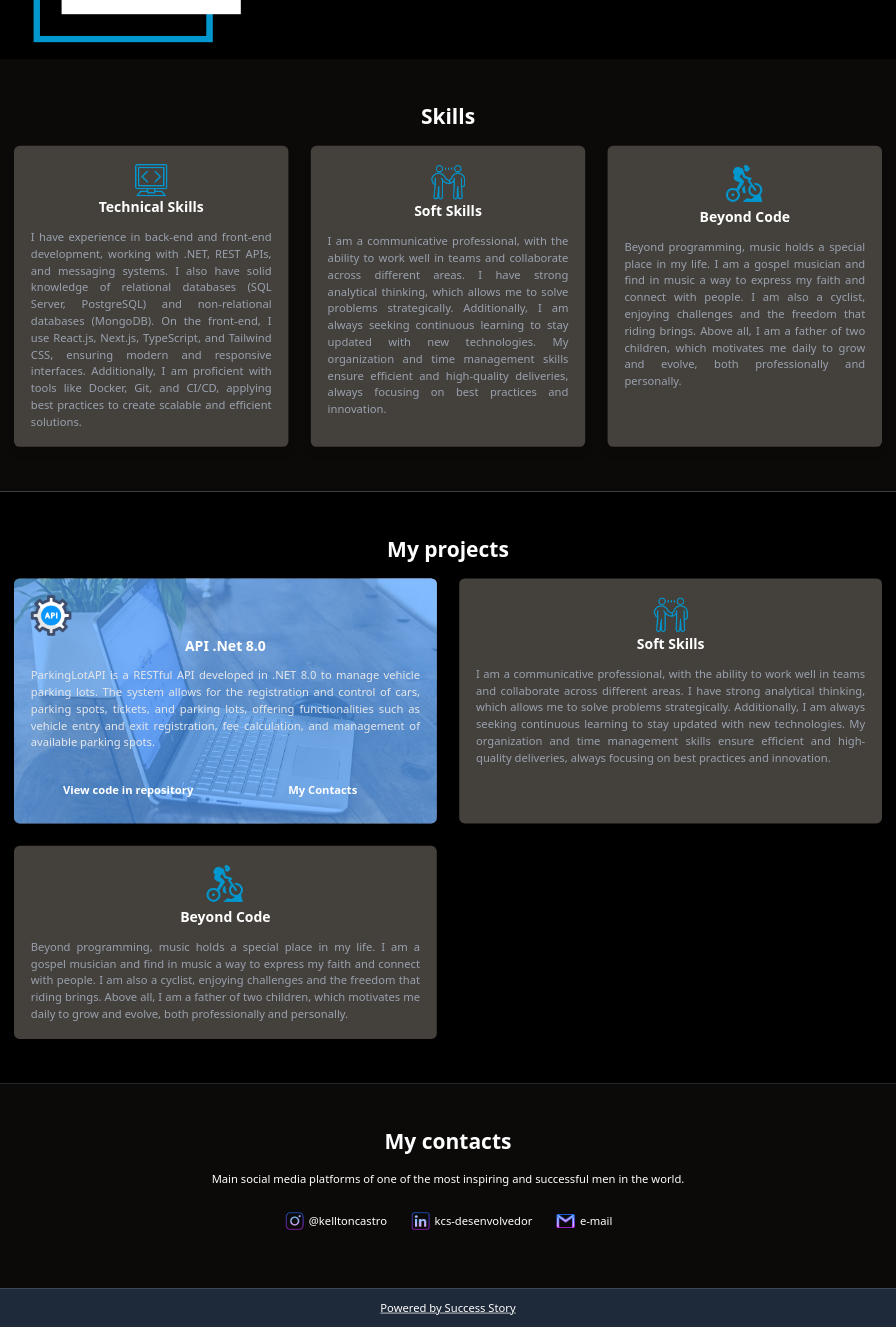
Repository: kcsdesenvolvedor/portfolio
Page: src/index.html
An editor plug-in stored every save of this project. The page is shown before and after the next save, followed by the edit.
The browser window is 1280 px wide. The pictures show the part of the page from y = 886 to 2806 px (the page is 2782 px tall before and 2806 px after), at 70% of full size.

Above is the page before, as saved 2025-03-04 17:45:52.
Console error: TypeError: Cannot read properties of null (reading 'textContent')

After the next save:
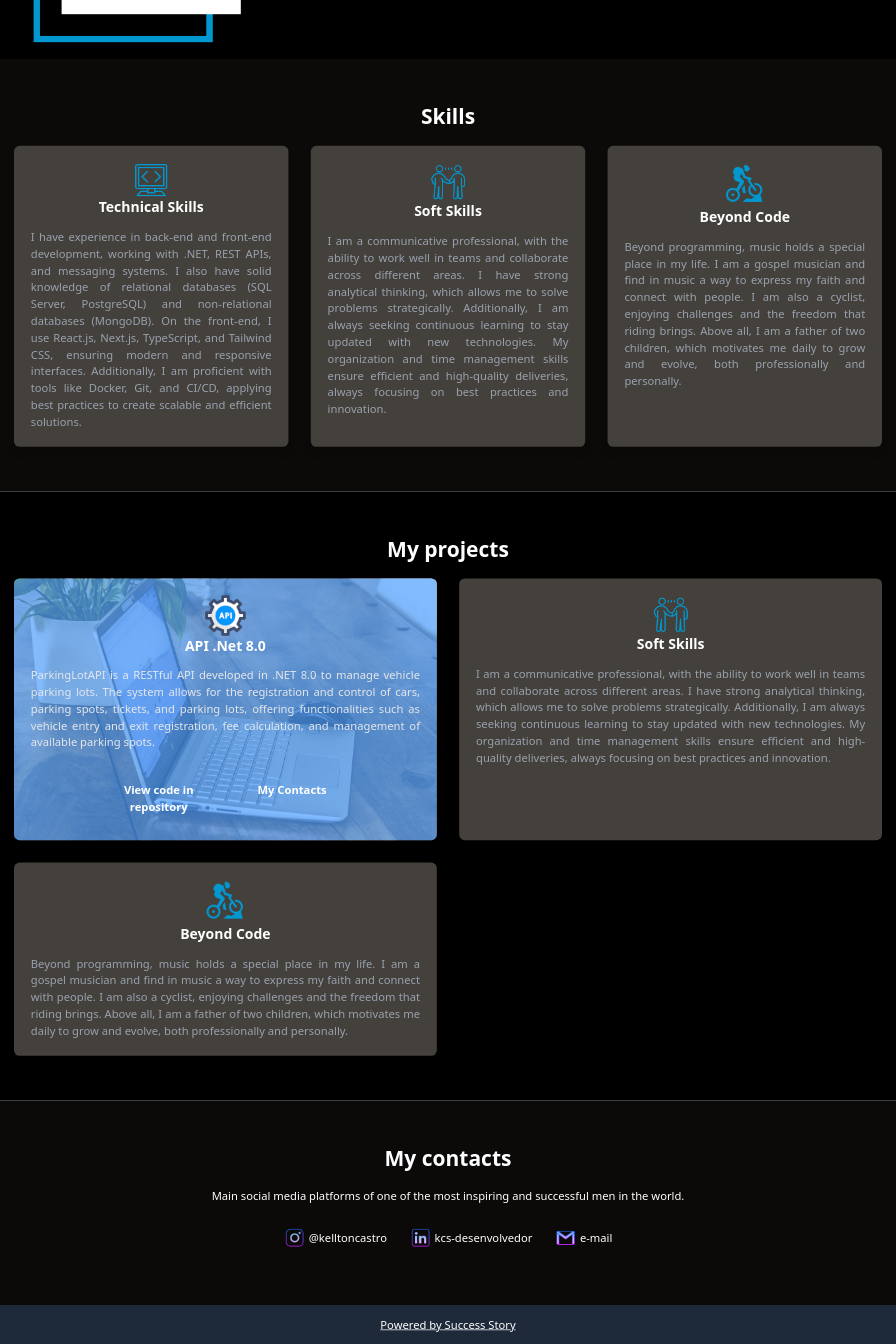
Saved 2 min 9 s later.
--- a/src/index.html
+++ b/src/index.html
@@ -205,7 +205,7 @@
                 <div class="relative flex flex-col items-center bg-stone-700 p-6 rounded-lg shadow-lg
                 bg-[url('./img/homeoffice.jpg')] bg-cover bg-center bg-opacity-20">
                     <div class="absolute inset-0 bg-blue-400/70 rounded-lg"></div>
-                    <div class="relative z-10">
+                    <div class="relative z-10 flex flex-col items-center">
                         <img src="./img/api.png" alt="image api">
                         <h4 class="text-xl text-white font-bold mb-4">API .Net 8.0</h4>
                         <p class="text-gray-200 text-justify">ParkingLotAPI is a RESTful API developed in .NET 8.0 to manage vehicle parking lots. The system allows for the registration and control of cars, parking spots, tickets, and parking lots, offering functionalities such as vehicle entry and exit registration, fee calculation, and management of available parking spots.</p>
